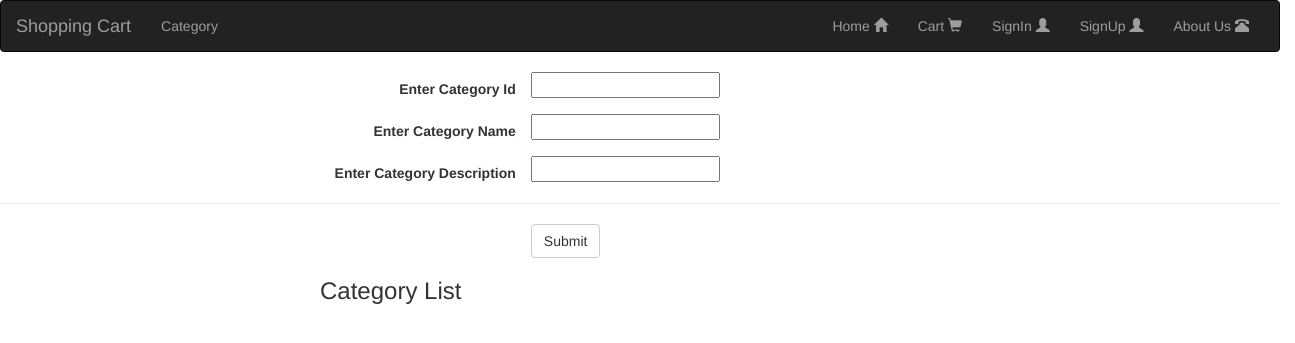
Repository: KaustubhKamat/ShoppingCartProject
Page: http://localhost/NewShoppingCart/WEB-INF/views/AddCategory.jsp
An editor plug-in stored every save of this project. The page is shown before and after the next save, followed by the edit.
The browser window is 1280 px wide. The page is 1295 px wide, so the pictures cover 1295 px, including what lies to the right of the window. The pictures show the whole page.
Some web libraries are served in a nearby version. The page is served by Tomcat 9. Nobody is signed in. Other server files are loaded and not shown. The template is opened directly, without the code that normally fills it, so the values that code supplies are empty.

Above is the page before, as saved 2017-01-13 06:26:01.

### NewShoppingCart/src/main/webapp/WEB-INF/views/AddCategory.jsp
<%@ page language="java" contentType="text/html; charset=ISO-8859-1"
    pageEncoding="ISO-8859-1"%>
    <%@ taglib uri="http://java.sun.com/jsp/jstl/core" prefix="c"%>
<!DOCTYPE html PUBLIC "-//W3C//DTD HTML 4.01 Transitional//EN" "http://www.w3.org/TR/html4/loose.dtd">
<html>
<head>
<link rel="stylesheet"
	href="https://maxcdn.bootstrapcdn.com/bootstrap/3.3.7/css/bootstrap.min.css">
<script
	src="https://ajax.googleapis.com/ajax/libs/jquery/3.1.1/jquery.min.js"></script>
<script
	src="https://maxcdn.bootstrapcdn.com/bootstrap/3.3.7/js/bootstrap.min.js"></script>
<meta http-equiv="Content-Type" content="text/html; charset=ISO-8859-1">
<title>Insert title here</title>
</head>
<body>
<jsp:include page="NavBar.jsp"></jsp:include>
<form class="form-horizontal" action="validate_categoryid" method="post">
<div class="form-group">
<label class="col-sm-5 control-label">Enter Category Id</label>
<div class="col-sm-15">
<input type="text" name="category_id">
</div>
</div>
<div class="form-group">
<label class="col-sm-5 control-label">Enter Category Name</label>
<div class="col-sm-15">
<input type="text" name="category_name">
</div>
</div>
<div class="form-group">
<label class="col-sm-5 control-label">Enter Category Description</label>
<div class="col-sm-15">
<input type="text" name="category_description">
</div>
</div>
<hr>
<div class="form-group">
    <div class="col-sm-offset-5 col-sm-20">
      <button type="submit" class="btn btn-default">Submit</button>
    </div>
  </div>
</form>
<div class="col-sm-offset-3 col-sm-20">
<h3>Category List</h3>
</div>
<div class="col-sm-offset-3 col-sm-20">
	<c:if test="${!empty categoryList}">
		<table class="tg">
			<tr>
				<th width="150">Category ID</th>
				<th width="150">Category Name</th>
				<th width="150">Category Description</th>
				<th width="150">Edit</th>
				<th width="150">Delete</th>
			</tr>
			</div>
			<c:forEach items="${categoryList}" var="category">
				<tr>
					<td>${category.id}</td>
					<td>${category.name}</td>
					<td>${category.description}</td>
					<td><a href="<c:url value='/manage_category_edit/${category.id}' />">Edit</a></td>

					<td><a href="<c:url value='/manage_category_remove/${category.id}' />">Delete</a></td>
				</tr>
			</c:forEach>
		</table>
	</c:if>
</body>
</html>

### NewShoppingCart/src/main/webapp/WEB-INF/views/NavBar.jsp
<%@ page language="java" contentType="text/html; charset=ISO-8859-1"
	pageEncoding="ISO-8859-1"%>
<%@ taglib uri="http://java.sun.com/jsp/jstl/core" prefix="c"%>
<!DOCTYPE html PUBLIC "-//W3C//DTD HTML 4.01 Transitional//EN" "http://www.w3.org/TR/html4/loose.dtd">
<html>
<head>
<meta http-equiv="Content-Type" content="text/html; charset=ISO-8859-1">
<title>Insert title here</title>
</head>
<style>
.navbar-default {
	background-color: #F75D59;
	font-size: medium;
}

.dropdown-menu>li>a:hover {
	background-color: silver;;
	background-image: none;
}
.LoggedInUser{
color: white;

}
</style>
<body>

	<nav class="navbar navbar-inverse">
	<div class="container-fluid">
		<div class="navbar-header">
			<button type="button" class="navbar-toggle collapsed"
				data-toggle="collapse" data-target="#bs-example-navbar-collapse-1"
				aria-expanded="false">
				<span class="sr-only">Toggle navigation</span> <span
					class="icon-bar"></span> <span class="icon-bar"></span> <span
					class="icon-bar"></span>
			</button>
			<a class="navbar-brand" href="Home">Shopping Cart</a>
			<ul class="nav navbar-nav navbar-right">
				<li><a href="CategoryList">Category</a>
				<%-- <li class="active"><a href=>Link <span class="sr-only">(current)</span></a></li>
				<c:forEach items="${categoryList}" var="category">
				<li class="dropdown"><a href="#" class="dropdown-toggle"
					data-toggle="dropdown" >${category.name} <span
						class="caret"></span></a>
					<ul class="dropdown-menu" role="menu">
					<c:forEach items="${category.products}" var="product">
						<li><a href="/AddProduct/getList?pid=${product.id}">${product.name}</a></li>

						</c:forEach>
					</ul> </li>
					</c:forEach>  --%>
		</li>
		</ul>
		</div>

		<!-- Collect the nav links, forms, and other content for toggling -->
		<div class="collapse navbar-collapse"
			id="bs-example-navbar-collapse-1">
			<ul class="nav navbar-nav">

			</ul>
			<form class="navbar-form navbar-left">


			</form>
			<ul class="nav navbar-nav navbar-right">
				<li><a href="Home">Home <span
						class="glyphicon glyphicon-home"></span></a>
				<li><a href="Cart">Cart <span
						class="glyphicon glyphicon-shopping-cart"></span></a></li>

				<c:if test="${not empty LoggedInUser}">
					<li>Welcome ${LoggedInUser}</li>
				</c:if>
				<c:if test="${empty LoggedInUser}">
					<li><a href="login">SignIn <span
							class="glyphicon glyphicon-user"></span></a></li>
				</c:if>


				<%-- <c:choose>
						<c:when test="${empty LoggedInUser}">
							<li><a href="login">SignIn <span class="glyphicon glyphicon-user"></span></a></li>
						</c:when>
						<c:otherwise>
							<li>${LoggedInUser}</li>
						</c:otherwise>
						</c:choose>  --%>

				<c:if test="${empty LoggedInUser}">
					<li><a href="Register">SignUp <span
							class="glyphicon glyphicon-user"></span></a></li>
				</c:if>
				<c:if test="${not empty LoggedInUser}">
					<li><a href="Logout">Logout</a></li>
				</c:if>

				<%-- <c:choose>
						<c:when test="${empty LoggedInUser} }">
						<li><a href="Register">SignUp </a></li>
						</c:when>
						<c:otherwise>
						<li><a href="Logout">LogOut </a></li>
						</c:otherwise>
						</c:choose>   --%>


				<li><a href="AboutUs">About Us <span
						class="glyphicon glyphicon-phone-alt"></span></a></li>

			</ul>

		</div>
		<!-- /.navbar-collapse -->
	</div>
	<!-- /.container-fluid --> </nav>


</body>
</html>

After the next save:
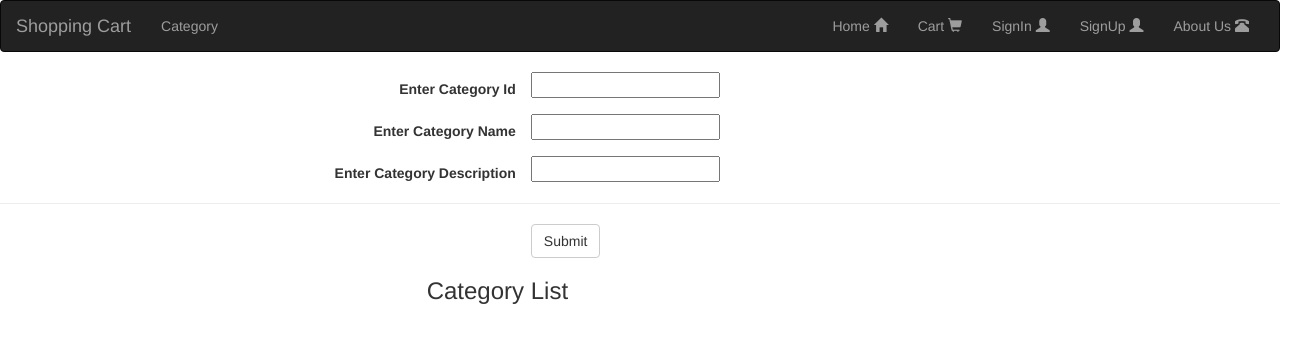
Saved 13 s later.
--- a/NewShoppingCart/src/main/webapp/WEB-INF/views/AddCategory.jsp
+++ b/NewShoppingCart/src/main/webapp/WEB-INF/views/AddCategory.jsp
@@ -41,7 +41,7 @@
     </div>
   </div>
 </form>
-<div class="col-sm-offset-3 col-sm-20">
+<div class="col-sm-offset-4 col-sm-20">
 <h3>Category List</h3>
 </div>
 <div class="col-sm-offset-3 col-sm-20">
